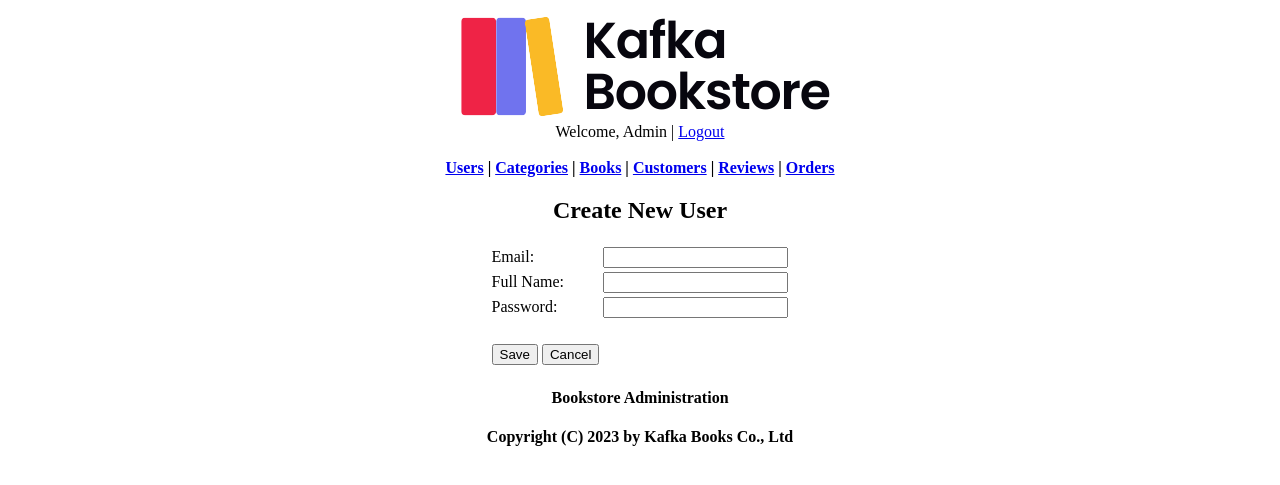
Repository: janvi2502/BookStore
Page: http://localhost/BookStoreWebsite/admin/user_form.jsp
These files come from the project's save history. The page is drawn as it stood at one moment and after the next save; the edit follows.
The browser window is 1280 px wide. The pictures show the whole page.
The page is served by Tomcat 10.

Above is the page before, as saved 2023-10-25 14:07:35.

After the next save:
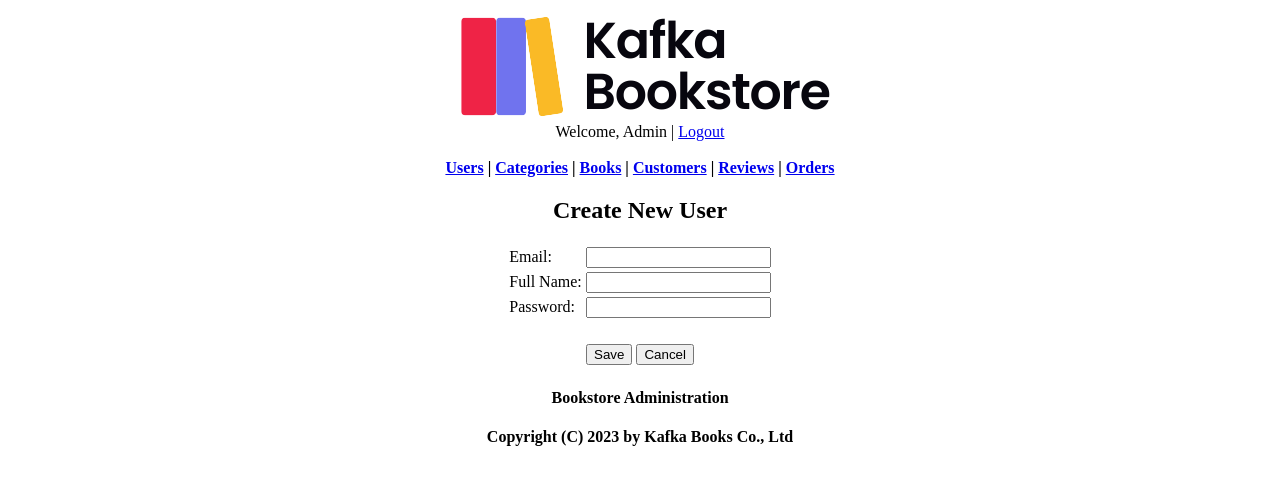
Saved 45 s later.
--- a/BookStoreWebsite/WebContent/admin/user_form.jsp
+++ b/BookStoreWebsite/WebContent/admin/user_form.jsp
@@ -29,7 +29,7 @@
 				</tr>
 				<tr><td>&nbsp;</td></tr>
 				<tr>
-					<td>
+					<td colspan="2" align="center">
 						<input type="submit" value="Save"/>
 						<input type="button" value="Cancel"/>
 					</td>
